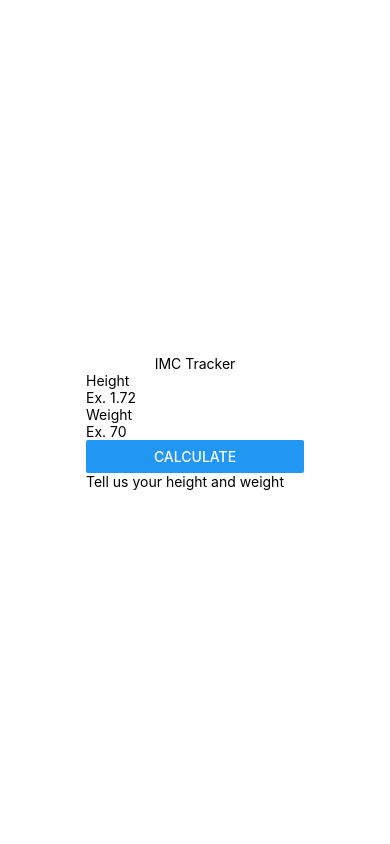
Repository: rubenmatias08/IMCTracker
Screen: /
An editor plug-in stored every save of this project. The screen is shown before and after the next save, followed by the edit.
The app was drawn by React Native's web renderer in a window 390 px wide. The project was rebuilt for these pictures with package versions that can differ from the ones it lists, and the page was loaded fresh each time.

Above is the screen before, as saved 2024-03-10 16:09:00.

After the next save:
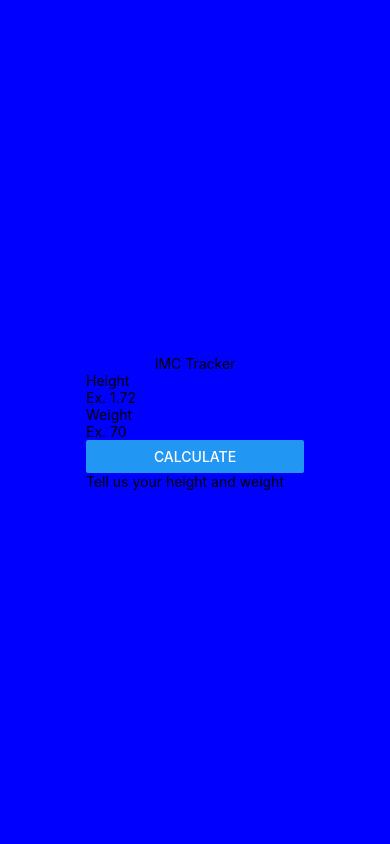
Saved 7 s later.
--- a/App.js
+++ b/App.js
@@ -14,7 +14,7 @@
 const styles = StyleSheet.create({
   container: {
     flex: 1,
-    backgroundColor: 'LightBlue',
+    backgroundColor: 'blue',
     alignItems: 'center',
     justifyContent: 'center',
   },

After the save that followed:
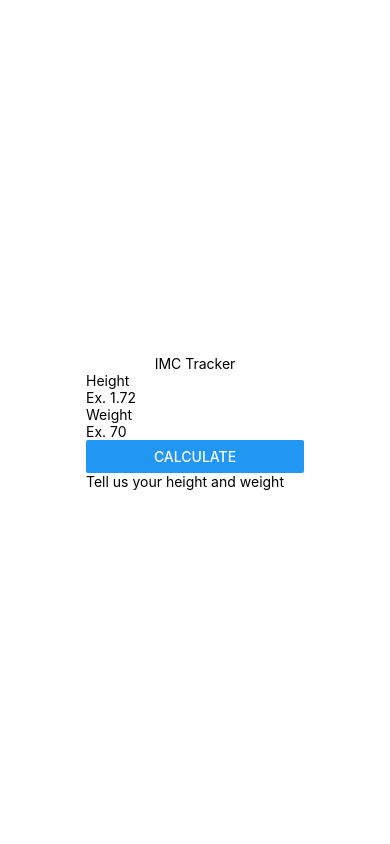
Saved 5 s later.
--- a/App.js
+++ b/App.js
@@ -14,7 +14,7 @@
 const styles = StyleSheet.create({
   container: {
     flex: 1,
-    backgroundColor: 'blue',
+    backgroundColor: 'white',
     alignItems: 'center',
     justifyContent: 'center',
   },
